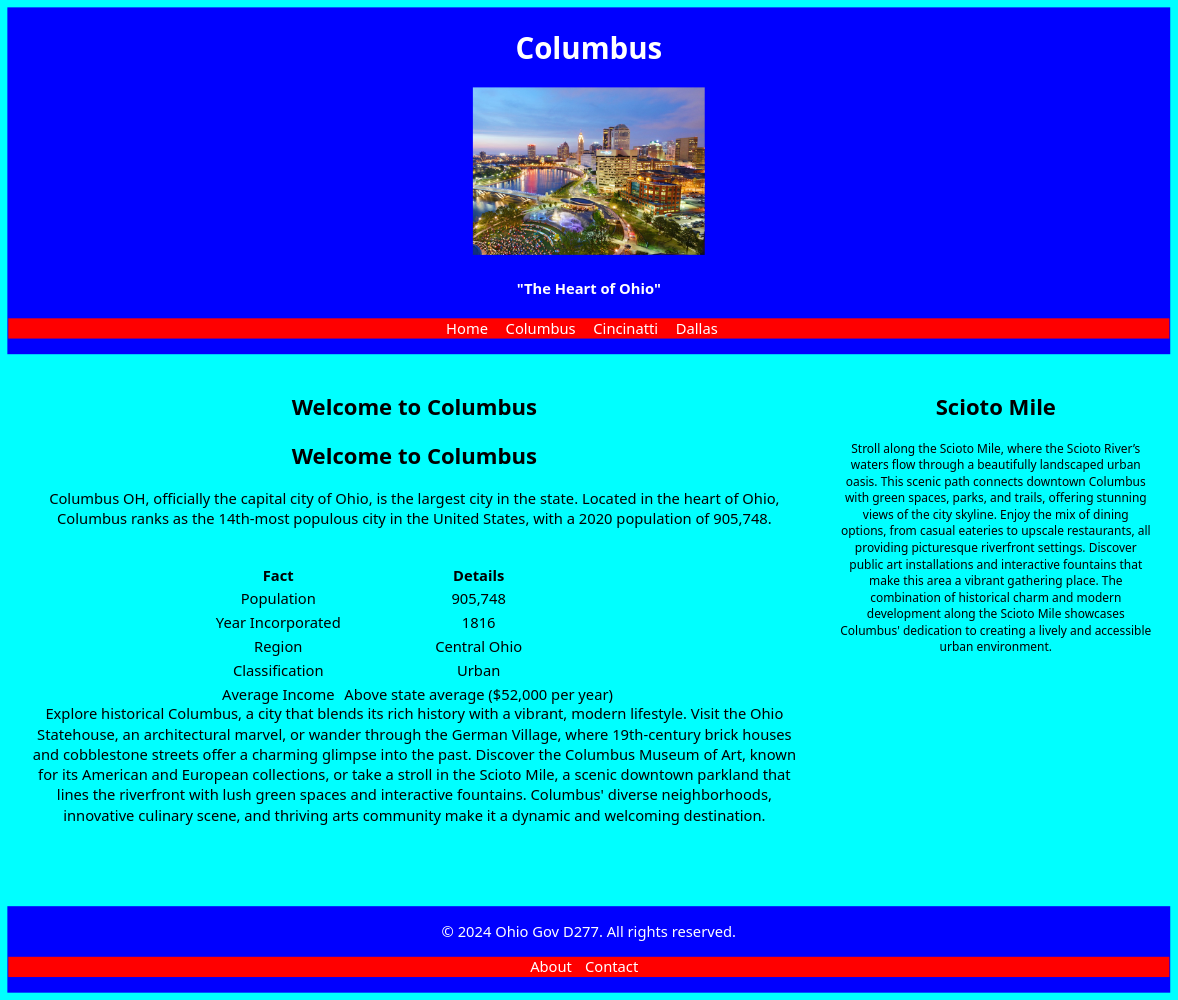
Repository: MikeeBuilds/FEWD-task1
Page: columbus.html
An editor plug-in stored every save of this project. The page is shown before and after a run of saves, followed by the edit.
The browser window is 1280 px wide. The pictures show the whole page, at 92% of full size.

Above is the page before, as saved 2024-07-02 17:15:28.

After the next 2 saves:
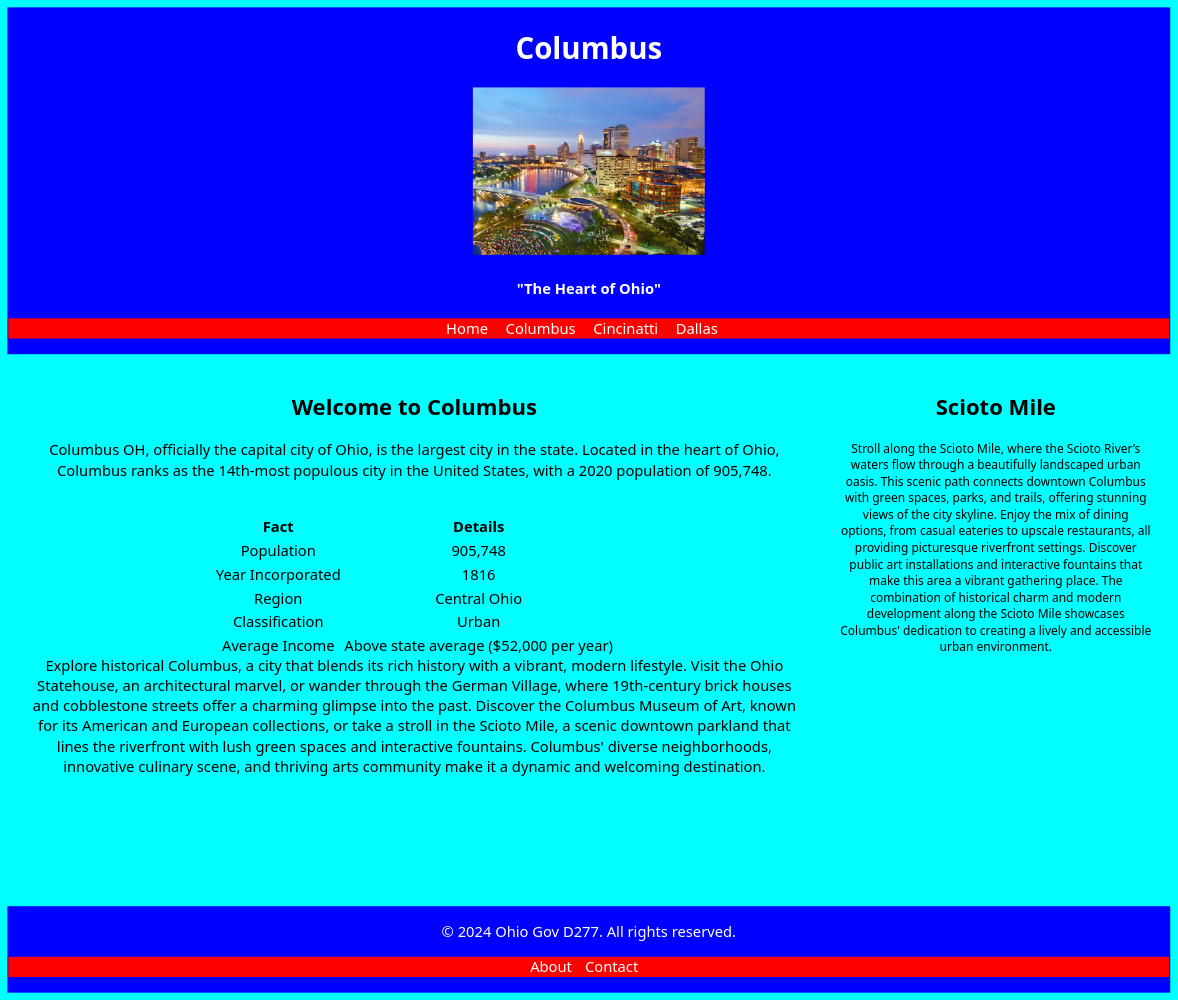
The 2 saves are shown as one change because they came seconds apart.
The last was saved 27 s later.
--- a/columbus.html
+++ b/columbus.html
@@ -23,8 +23,6 @@
     </header>
 
     <section>
-        <h2>Welcome to Columbus</h2>
-        <p>
 
         <h2>Welcome to Columbus</h2>
         <p>
